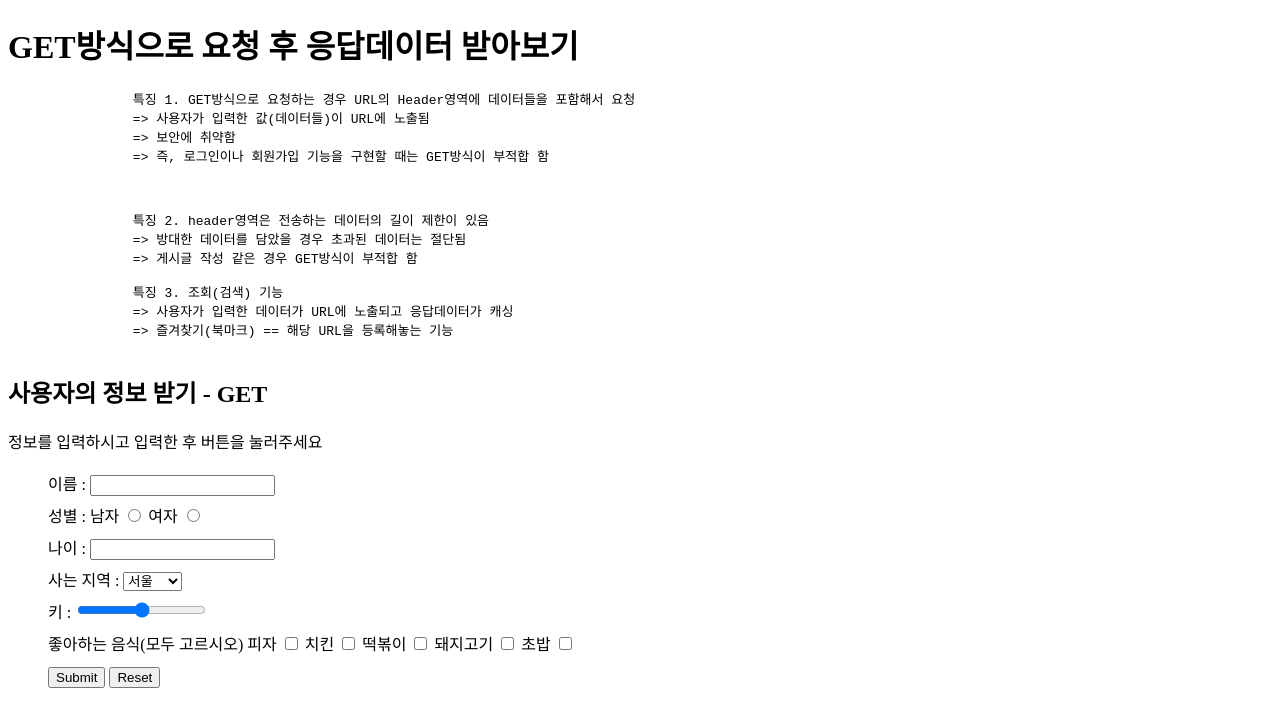
Repository: dltbxkfm86-creator/web
Page: MyFirstWebProject/src/main/webapp/views/request_get.html
An editor plug-in stored every save of this project. The page is shown before and after the next save, followed by the edit.
The browser window is 1280 px wide. The pictures show the whole page.

Above is the page before, as saved 2025-09-22 08:16:40.

### MyFirstWebProject/src/main/webapp/views/request_get.html
<!DOCTYPE html>
<html>
<head>
<meta charset="UTF-8">
<title>Get방식 요청 테스트</title>
<style>
	ul {
		list-style : none;
		line-height: 200%;
	}
</style>
</head>
<body>
	<h1>GET방식으로 요청 후 응답데이터 받아보기</h1>

	<pre>
		특징 1. GET방식으로 요청하는 경우 URL의 Header영역에 데이터들을 포함해서 요청
		=> 사용자가 입력한 값(데이터들)이 URL에 노출됨
		=> 보안에 취약함
		=> 즉, 로그인이나 회원가입 기능을 구현할 때는 GET방식이 부적합 함 <br><br>

		특징 2. header영역은 전송하는 데이터의 길이 제한이 있음
		=> 방대한 데이터를 담았을 경우 초과된 데이터는 절단됨
		=> 게시글 작성 같은 경우 GET방식이 부적합 함

		특징 3. 조회(검색) 기능
		=> 사용자가 입력한 데이터가 URL에 노출되고 응답데이터가 캐싱
		=> 즐겨찾기(북마크) == 해당 URL을 등록해놓는 기능
	</pre>

	<h2> 사용자의 정보 받기 - GET </h2>
	<p>정보를 입력하시고 입력한 후 버튼을 눌러주세요</p>

	<form method="get">
		<ul>
			<li>
				이름 : <input type="text">
			</li>
			<li>
				성별 :
				남자 <input type="radio">
				여자 <input type="radio">
			</li>
			<li>
				나이 : <input type="number">
			</li>
			<li>
				사는 지역 :
				<select>
					<option>서울</option>
					<option>제주도</option>
				</select>
			</li>
			<li>
				키 : <input type="range" min="130" max="220">
			</li>
			<li>
				좋아하는 음식(모두 고르시오)
				피자 <input type="checkbox">
				치킨 <input type="checkbox">
				떡볶이 <input type="checkbox">
				돼지고기 <input type="checkbox">
				초밥 <input type="checkbox">
			</li>
			<li>
				<input type="submit">
				<input type="reset">
			</li>
		</ul>
	</form>

</body>
</html>

After the next save:
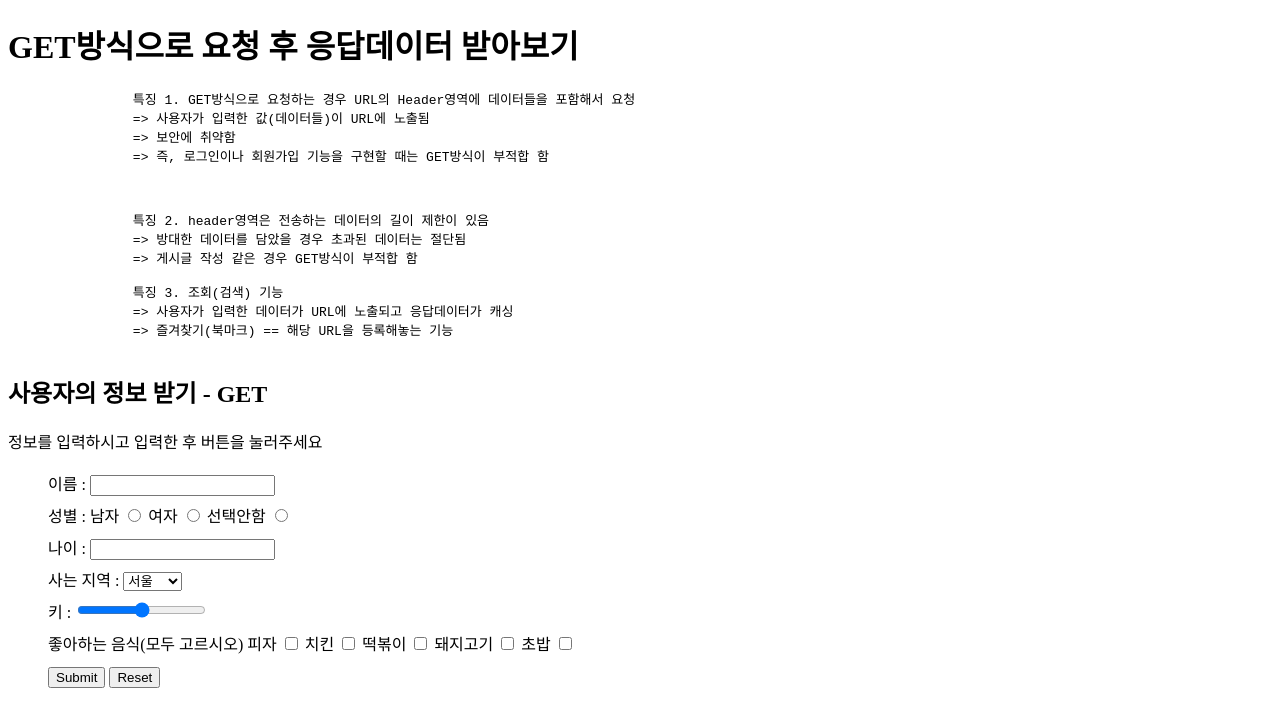
Saved 5 min 57 s later.
--- a/MyFirstWebProject/src/main/webapp/views/request_get.html
+++ b/MyFirstWebProject/src/main/webapp/views/request_get.html
@@ -34,33 +34,34 @@
 	<form method="get">
 		<ul>
 			<li>
-				이름 : <input type="text">
+				이름 : <input type="text" name="name">
 			</li>
 			<li>
 				성별 :
-				남자 <input type="radio">
-				여자 <input type="radio">
+				남자 <input type="radio" name="gender" value="남">
+				여자 <input type="radio" name="gender" value="여">
+				선택안함 <input type = "radio" name="gender" value="선택안함">
 			</li>
 			<li>
-				나이 : <input type="number">
+				나이 : <input type="number" name="age">
 			</li>
 			<li>
 				사는 지역 :
-				<select>
+				<select name="city">
 					<option>서울</option>
 					<option>제주도</option>
 				</select>
 			</li>
 			<li>
-				키 : <input type="range" min="130" max="220">
+				키 : <input type="range" min="130" max="220" name="height">
 			</li>
 			<li>
 				좋아하는 음식(모두 고르시오)
-				피자 <input type="checkbox">
-				치킨 <input type="checkbox">
-				떡볶이 <input type="checkbox">
-				돼지고기 <input type="checkbox">
-				초밥 <input type="checkbox">
+				피자 <input type="checkbox" name="food" value="피자">
+				치킨 <input type="checkbox" name="food" value="치킨">
+				떡볶이 <input type="checkbox" name="food" value="떡볶이">
+				돼지고기 <input type="checkbox" name="food" value="돼지고기">
+				초밥 <input type="checkbox" name="food" value="초밥">
 			</li>
 			<li>
 				<input type="submit">
